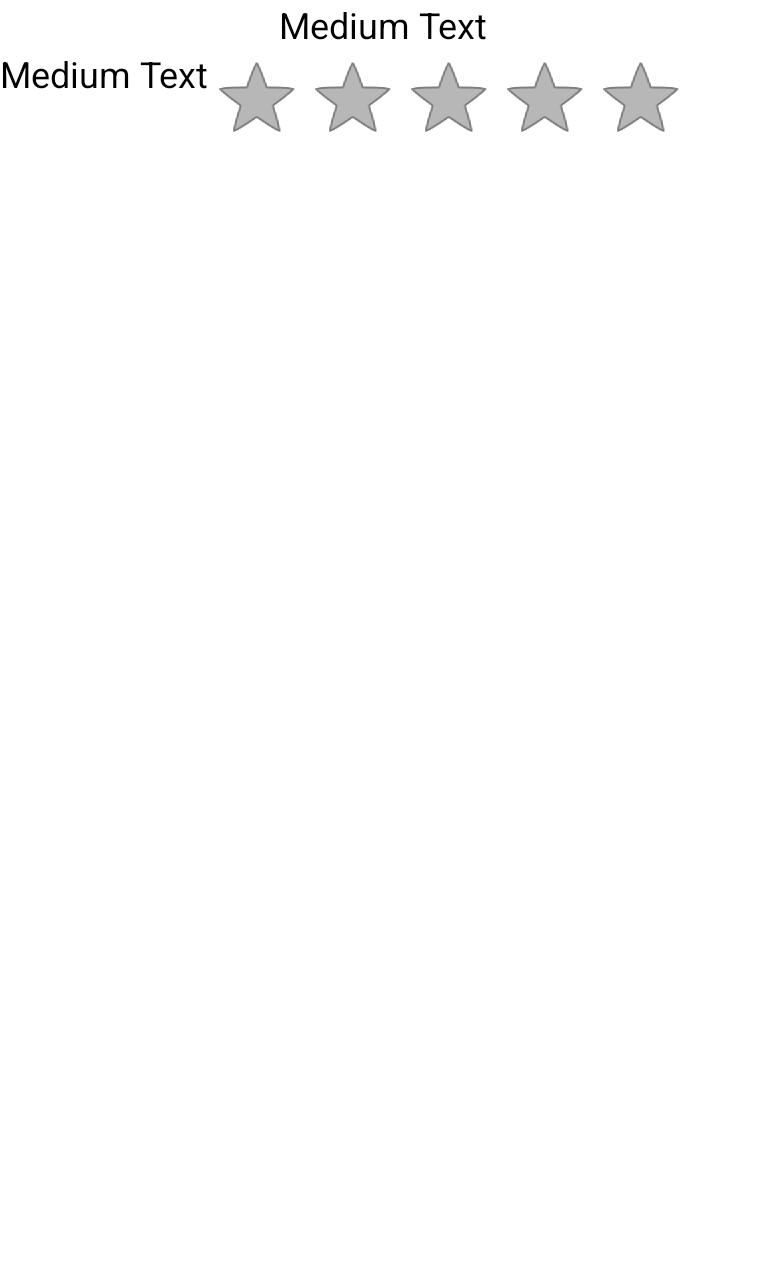
Repository: yash256/atnt
Layout: Farmdroid/res/layout/market_details.xml
These files come from the project's save history. The layout is drawn as it stood at one moment and after the next save; the edit follows.
It is drawn on a 768 x 1280 px phone screen (xhdpi) without system bars, with theme AppTheme; the app's code is not run.

Above is the layout before, as saved 2014-10-26 20:36:23.

After the next save:
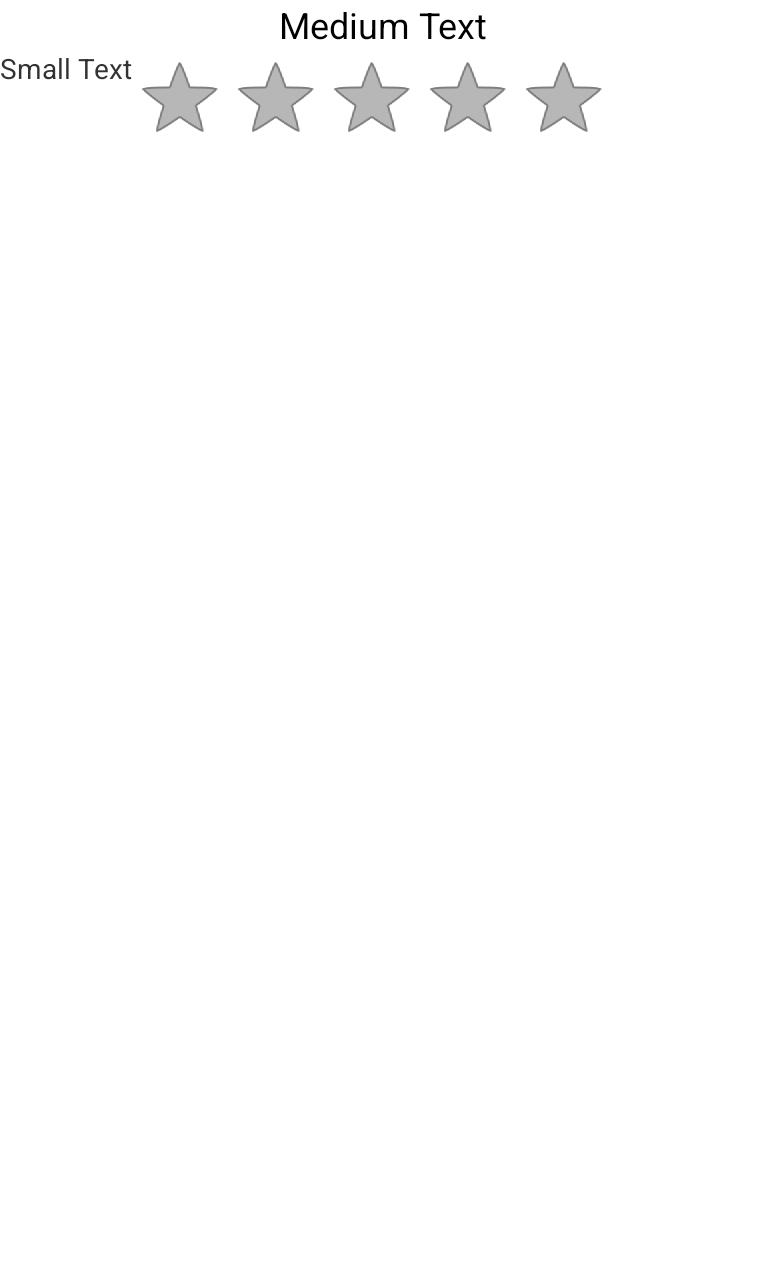
Saved 14 s later.
--- a/Farmdroid/res/layout/market_details.xml
+++ b/Farmdroid/res/layout/market_details.xml
@@ -22,8 +22,8 @@
 
 	<TextView
 	    android:id="@+id/market_address"
-	    android:text="Medium Text"
-            android:textAppearance="?android:attr/textAppearanceMedium"
+	    android:text="Small Text"
+            android:textAppearance="?android:attr/textAppearanceSmall"
 	    />
 
 	<RatingBar
